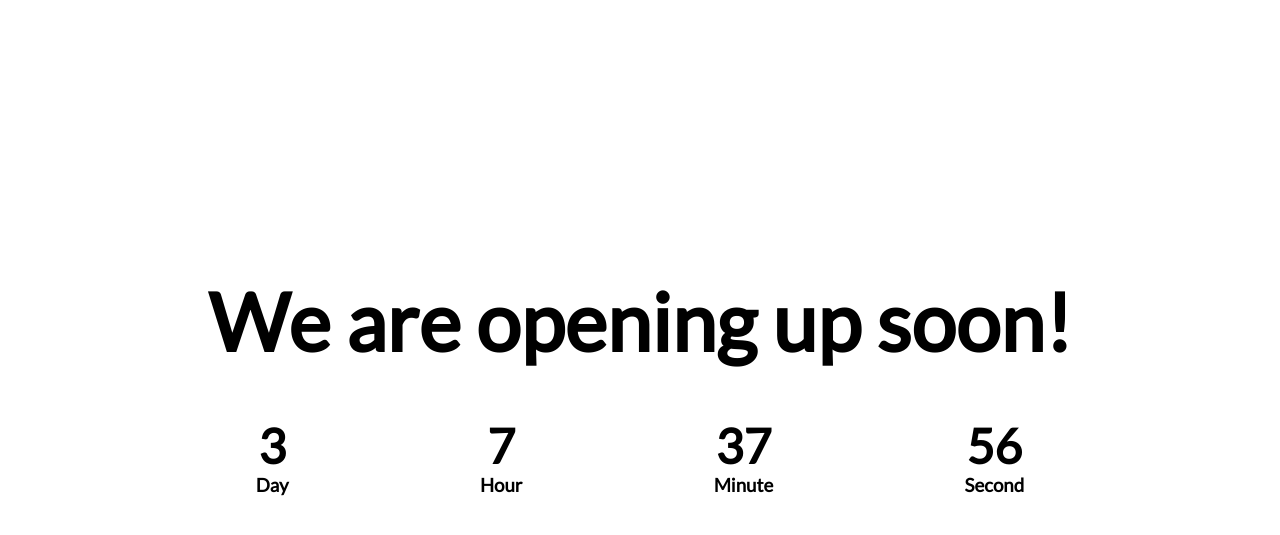
Repository: PratypartyY2K/JavaScript-Projects
Page: Countdown/index.html
The author's editor kept a copy of each file at every save. The page is drawn from the files as they stood at one save, then again after the next save.
The browser window is 1280 px wide. The pictures show the whole page.

Above is the page before, as saved 2021-07-04 07:59:03.

### Countdown/index.html
<!DOCTYPE html>
<html lang="en">

<head>
    <meta charset="UTF-8">
    <meta http-equiv="X-UA-Compatible" content="IE=edge">
    <meta name="viewport" content="width=device-width, initial-scale=1.0">
    <title>Countdown</title>
    <link rel="preconnect" href="https://fonts.gstatic.com">
    <link href="https://fonts.googleapis.com/css2?family=Lato&display=swap" rel="stylesheet">
    <link rel="stylesheet" href="styles.css">
</head>

<body>
    <section class="coming-soon">
        <div>
            <h2>We are opening up soon!</h2>
            <div class="countdown">
                <div class="container-day">
                    <h3 class="day">Time</h3>
                    <h3>Day</h3>
                </div>
                <div class="container-hour">
                    <h3 class="hour">Time</h3>
                    <h3>Hour</h3>
                </div>
                <div class="container-minute">
                    <h3 class="minute">Time</h3>
                    <h3>Minute</h3>
                </div>
                <div class="container-second">
                    <h3 class="second">Time</h3>
                    <h3>Second</h3>
                </div>
            </div>
        </div>
    </section>
    <script src="app.js"></script>
</body>

</html>

### Countdown/styles.css
* {
    margin: 0;
    padding: 0;
    box-sizing: border-box;
}

body {
    font-family: "Lato", sans-serif;
}

h2 {
    font-size: 5rem;
    font-weight: bold;
    padding: 3rem;
}

.coming-soon {
    min-height: 100vh;
    display: flex;
    flex-direction: column;
    align-items: center;
    justify-content: center;
    flex-wrap: wrap;
}

.countdown {
    display: flex;
    justify-content: space-around;
    text-align: center;
}

.day,.hour,.minute,.second {
    font-size: 3rem;
}

### Countdown/app.js
const countdown = () => {
    const countDate = new Date('May 17, 2021 00:00:00').getTime();
    const now = new Date().getTime();
    const gap  = countDate - now;

    const second = 1000;
    const minute = second * 60;
    const hour = minute * 60;
    const day = hour * 24;

    const textDay = Math.floor(gap / day);
    const textHour = Math.floor((gap % day)/hour);
    const textMinute = Math.floor((gap % hour)/minute);
    const textSecond = Math.floor((gap % minute)/second);

    document.querySelector('.day').innerText = textDay;
    document.querySelector('.hour').innerText = textHour;
    document.querySelector('.minute').innerText = textMinute;
    document.querySelector('.second').innerText = textSecond;
};

setInterval(countdown, 1000);

After the next save:
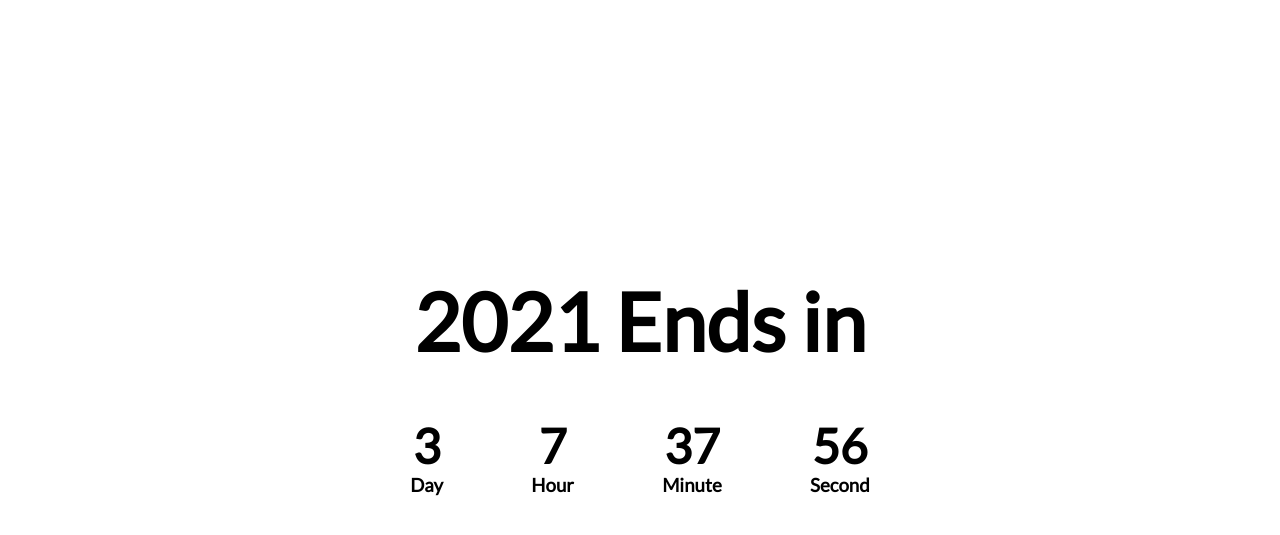
Saved 76 s later.
--- a/Countdown/index.html
+++ b/Countdown/index.html
@@ -14,7 +14,7 @@
 <body>
     <section class="coming-soon">
         <div>
-            <h2>We are opening up soon!</h2>
+            <h2>2021 Ends in</h2>
             <div class="countdown">
                 <div class="container-day">
                     <h3 class="day">Time</h3>
